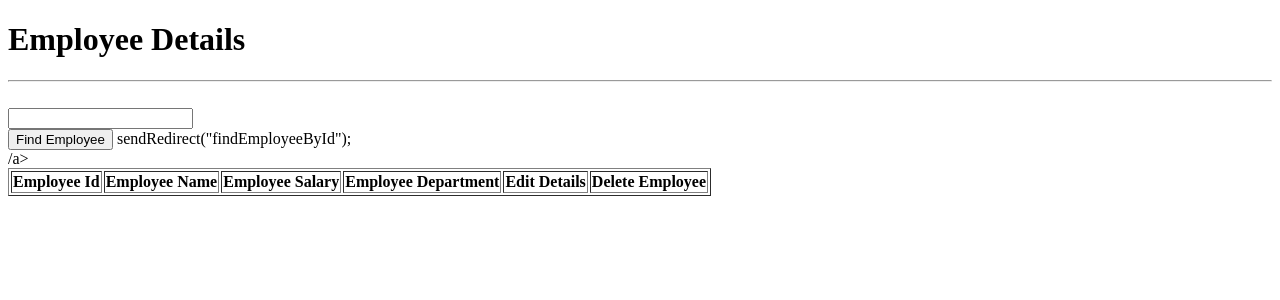
Repository: Amrinshaik/Day10
Page: http://localhost/EmployeeApp/displayAllEmployeeDetails.jsp
The author's editor kept a copy of each file at every save. The page is drawn from the files as they stood at one save, then again after the next save.
The browser window is 1280 px wide. The pictures show the whole page.
The page is served by Tomcat 9. Other server files are loaded and not shown. The template is opened directly, without the code that normally fills it, so the values that code supplies are empty.

Above is the page before, as saved 2018-09-08 10:29:34.

### EmployeeApp/WebContent/displayAllEmployeeDetails.jsp
<%@ page language="java" contentType="text/html; charset=ISO-8859-1"
	pageEncoding="ISO-8859-1"%>

<%@taglib uri="http://java.sun.com/jstl/core_rt" prefix="c"%>
<!DOCTYPE html>
<html>
<head>
<meta charset="ISO-8859-1">
<title>All Employee Details</title>
</head>
<body>
	<h1>Employee Details</h1>
	<hr>
	<br>
	<form action="findEmployeeById" method="get">
  <input type="text" name="employeeId"><br>
  <input type="submit" value="Find Employee">
 sendRedirect("findEmployeeById");
</form>
/a>
	<table border="1">
		<tr>
			<th>Employee Id</th>
			<th>Employee Name</th>
			<th>Employee Salary</th>
			<th>Employee Department</th>
			<th>Edit Details</th>
			<th>Delete Employee</th>
		</tr>
		<c:forEach var="employee" items="${requestScope.employeesList}">
			<tr>
				<td>${employee.employeeId}</td>
				<td>${employee.employeeName}</td>
				<td>${employee.employeeSalary}</td>
				<td>${employee.employeeDepartment}</td>
				<td><a href="">Edit</a></td>
				<td><a href="deleteEmployee?empId=${employee.employeeId}">Delete</a></td>

		</c:forEach>
	</table>
</body>
</html>

After the next save:
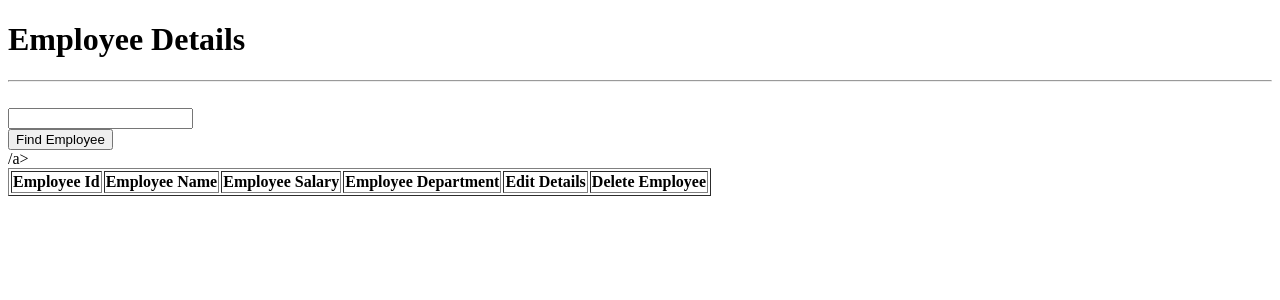
Saved 55 s later.
--- a/EmployeeApp/WebContent/displayAllEmployeeDetails.jsp
+++ b/EmployeeApp/WebContent/displayAllEmployeeDetails.jsp
@@ -15,7 +15,6 @@
 	<form action="findEmployeeById" method="get">
   <input type="text" name="employeeId"><br>
   <input type="submit" value="Find Employee">
- sendRedirect("findEmployeeById");
 </form>
 /a>
 	<table border="1">
